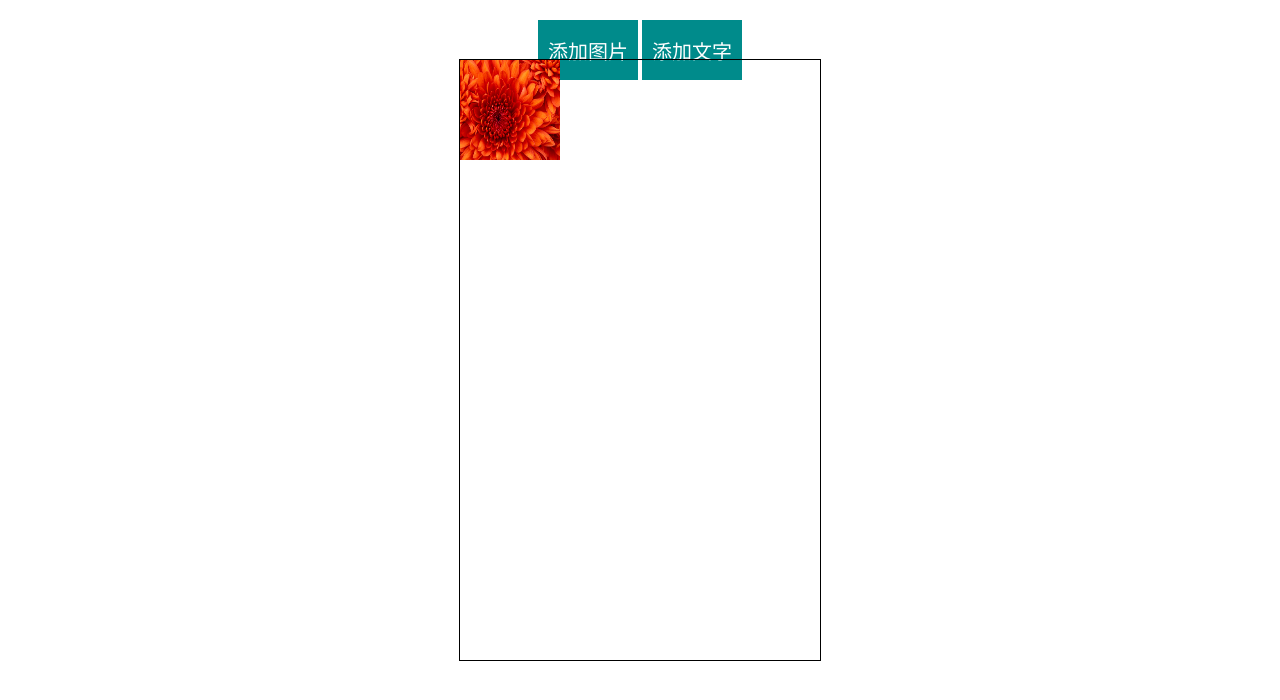
Repository: Xekin-FE/canvas-image-editor
Page: index.html
The author's editor kept a copy of each file at every save. The page is drawn from the files as they stood at one save, then again after the next save.
The browser window is 1280 px wide. The pictures show the whole page.
After loading, the first visible `button` was clicked once.

Above is the page before, as saved 2018-12-14 15:38:30.

### index.html
<!DOCTYPE html>
<html lang="en">
<head>
    <meta charset="UTF-8">
    <meta name="viewport" content="width=device-width, initial-scale=1.0">
    <meta http-equiv="X-UA-Compatible" content="ie=edge">
    <title>小程序</title>
</head>
<link rel="stylesheet" href="./static/css/main.css">
<body>
    <div id="app">
        <canvas id="main" height="600" width="360"></canvas>
        <div class="components">
            <button onclick="addImage();">添加图片</button>
            <button onclick="addText();">添加文字</button>
        </div>
    </div>
    <script src="canvas.min.js"></script>
    <script>
        let can = document.getElementById('main');
        let ctx = can.getContext('2d');
        const addImage = () => {
            let img = new Image()
            img.src = './static/image/test1.jpg'
            img.onload = () => {
                img.width = can.width;
                ctx.drawImage(img, 0, 0, 100, 100)
                ctx.save();
            }
            console.log('addImage')
        };
        const addText = () => {
            let text = '点击编辑文字'
            ctx.font = '20px Arial';
            ctx.textBaseline = 'middle'
            ctx.textAlign = 'center'
            let tw = ctx.measureText(text).width;
            let ftop =3*can.height/4 -5;
            let fleft = can.width/2;
            ctx.rect(fleft-tw/2, ftop- 10, tw+20, 30);
            ctx.fillStyle= "#fff";
            ctx.strokeStyle='#fff';
            ctx.strokeText(text, fleft, ftop);
            console.log('addText')
        };
    </script>
</body>
</html>
<!-- var c = document.getElementById("myCanvas");
c.width=img.width;
c.height=img.height;
var cxt = c.getContext("2d");
cxt.fillStyle = "rgba(255, 255, 255, 0)";
cxt.fillRect(0, 0, c.width, c.height);
cxt.drawImage(img,0,0);
cxt.save();
cxt.font = fsz+"px Arial";
cxt.textBaseline = 'middle';//更改字号后，必须重置对齐方式，否则居中麻烦。设置文本的垂直对齐方式
cxt.textAlign = 'center';
var tw = cxt.measureText(text).width;
var ftop = 2 * c.height/3-5;
var fleft = c.width/2;
cxt.fillStyle="#ff0000";
cxt.fillRect(fleft-tw/2,ftop-fsz/2,tw,fsz);//矩形在画布居中方式
cxt.fillStyle="#ffffff";
cxt.fillText(text,fleft,ftop);//文本元素在画布居中方式
cxt.strokeStyle = 'white';
cxt.strokeText(text,fleft,ftop);//文字边框 -->

### static/css/main.css
*{
    padding: 0;
    margin: 0;
}
html,body{
    height: 100%;
}
#app{
    width: 100vw;
    height: 100%;
    position: relative;
}
#app #main{
    border: 1px solid #000;
    position: absolute;
    top: 50%;left: 50%;
    transform: translate(-50%,-50%);
}
#app .components{
    text-align: center;
    padding: 20px;
}
#app .components button{
    width: 100px;
    height: 60px;
    font-size: 20px;
    background: darkcyan;
    color: #fff;
    border: 0;
    outline: none;
}

### canvas.min.js
class Base {
    constructor(opt){
        this.x = opt.x
        this.y = opt.y
        this.zIndex = opt.zIndex //图层
        this.rotate = opt.rotate
        this.opacity = 1
    }
    dragUpdate(start, end){
    // 位置更新
    }
    scaleUpdate(start, end){
    // 缩放更新
    // 角度处理
    // 放大处理
    }
    opacityUpdate(value){
        this.opacity = value
    }
};

class Text extends Base{
    constructor(opt){
        super(opt)
        this.content = '点击编辑文字'
        this.fontSize = '20px'
        this.fontWeight = '400'
        this.fontColor = '#fff'
        this.fontFamily = 'Microsoft Yahei'
        this.isFillBg = false
    }
    initUpdate(){

    }
    update(property, value){
        //一次操作只能更改一种属性
        this[property] = value
    }
};

class Canvas {
    constructor(){
        this.author = 'Xekin'
    }
    createText(){
        console.log('createText')
        var a = new Text()
        a.initUpdate()
    }
    createImage(){
        console.log('createImage')
        var b = new Image()
        b.initUpdate()
    }
};

After the next save:
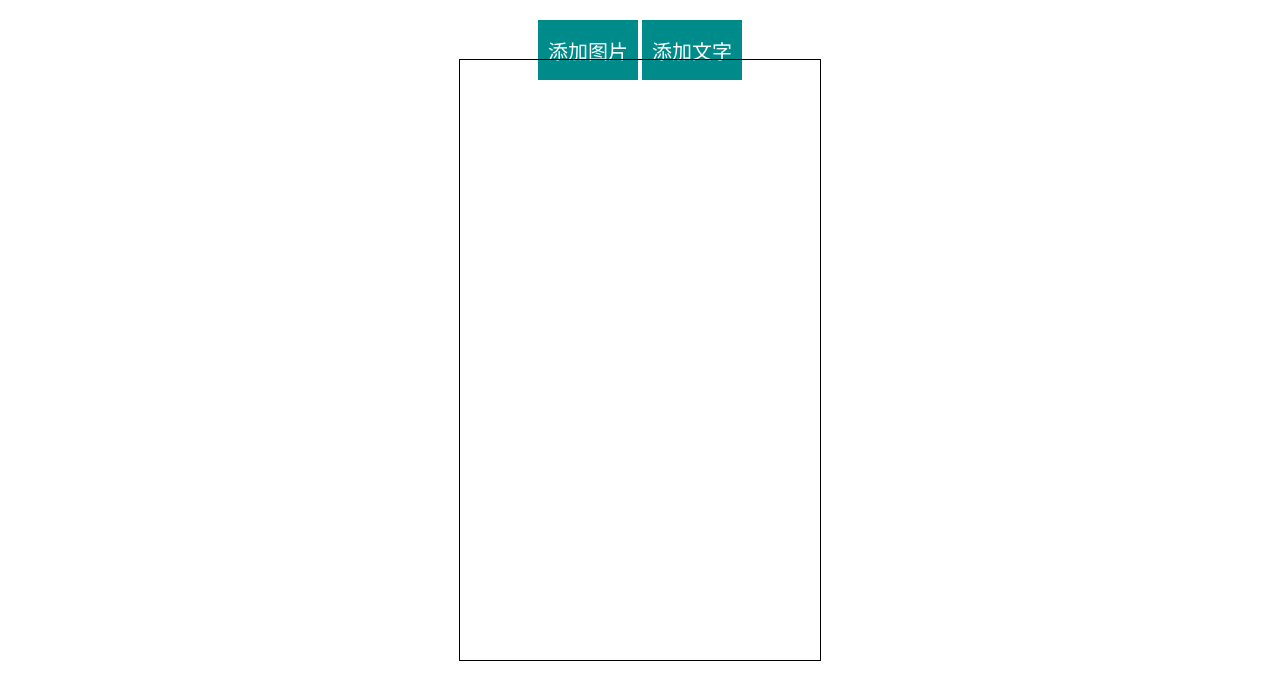
Console error (its wording comes from the project's code and is left out).
Saved 73 s later.
--- a/index.html
+++ b/index.html
@@ -23,8 +23,7 @@
             let img = new Image()
             img.src = './static/image/test1.jpg'
             img.onload = () => {
-                img.width = can.width;
-                ctx.drawImage(img, 0, 0, 100, 100)
+                ctx.drawImage(img, 0, 0, can.width)
                 ctx.save();
             }
             console.log('addImage')

After the save that followed:
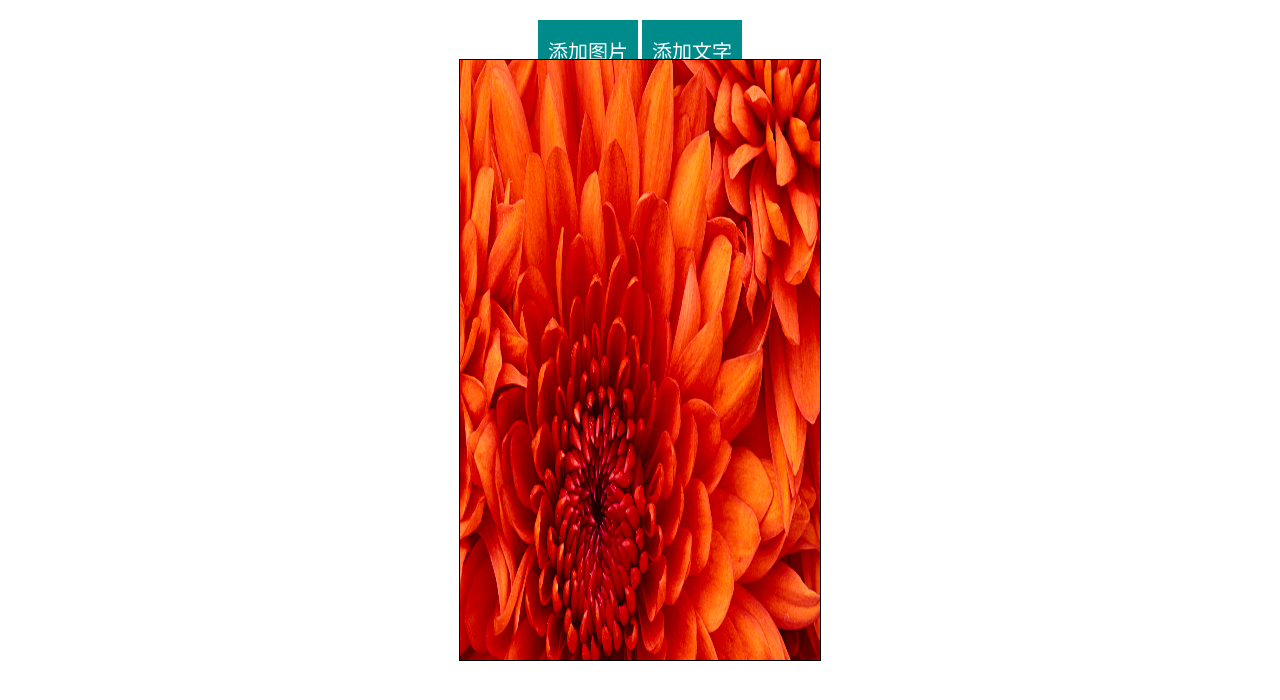
The error is gone.
Saved 19 s later.
--- a/index.html
+++ b/index.html
@@ -23,7 +23,7 @@
             let img = new Image()
             img.src = './static/image/test1.jpg'
             img.onload = () => {
-                ctx.drawImage(img, 0, 0, can.width)
+                ctx.drawImage(img, 0, 0, can.width, img.height)
                 ctx.save();
             }
             console.log('addImage')
